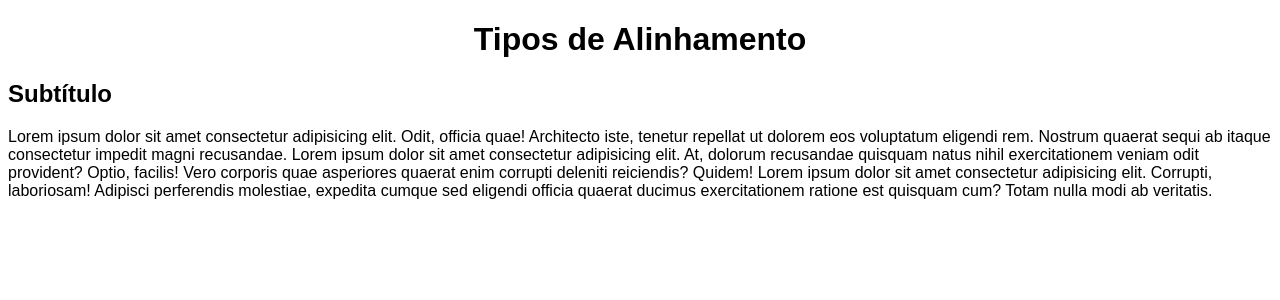
Repository: pheonix5/Estudo
Page: html-css/exercicios/ex017/fonte02.html
These files come from the project's save history. The page is drawn as it stood at one moment and after the next save; the edit follows.
The browser window is 1280 px wide. The pictures show the whole page.

Above is the page before, as saved 2023-08-13 00:51:05.

After the next save:
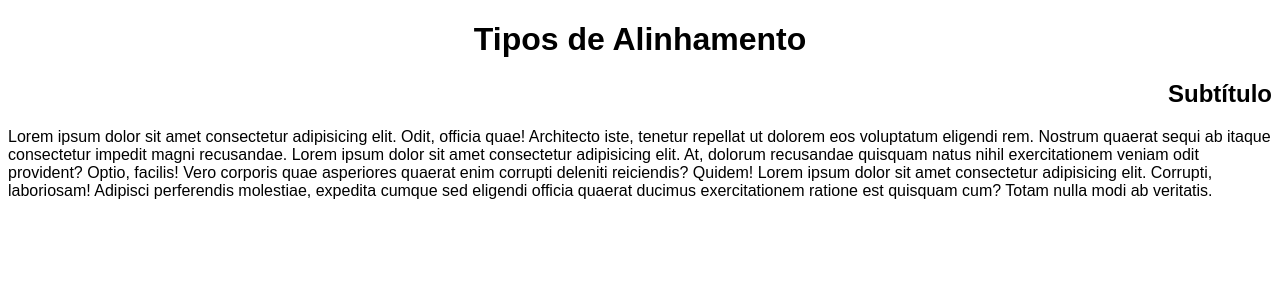
Saved 23 s later.
--- a/html-css/exercicios/ex017/fonte02.html
+++ b/html-css/exercicios/ex017/fonte02.html
@@ -13,6 +13,10 @@
     h1{
       text-align: center;
     }
+
+    h2{
+      text-align: right;
+    }
   </style>
 </head>
 <body>
